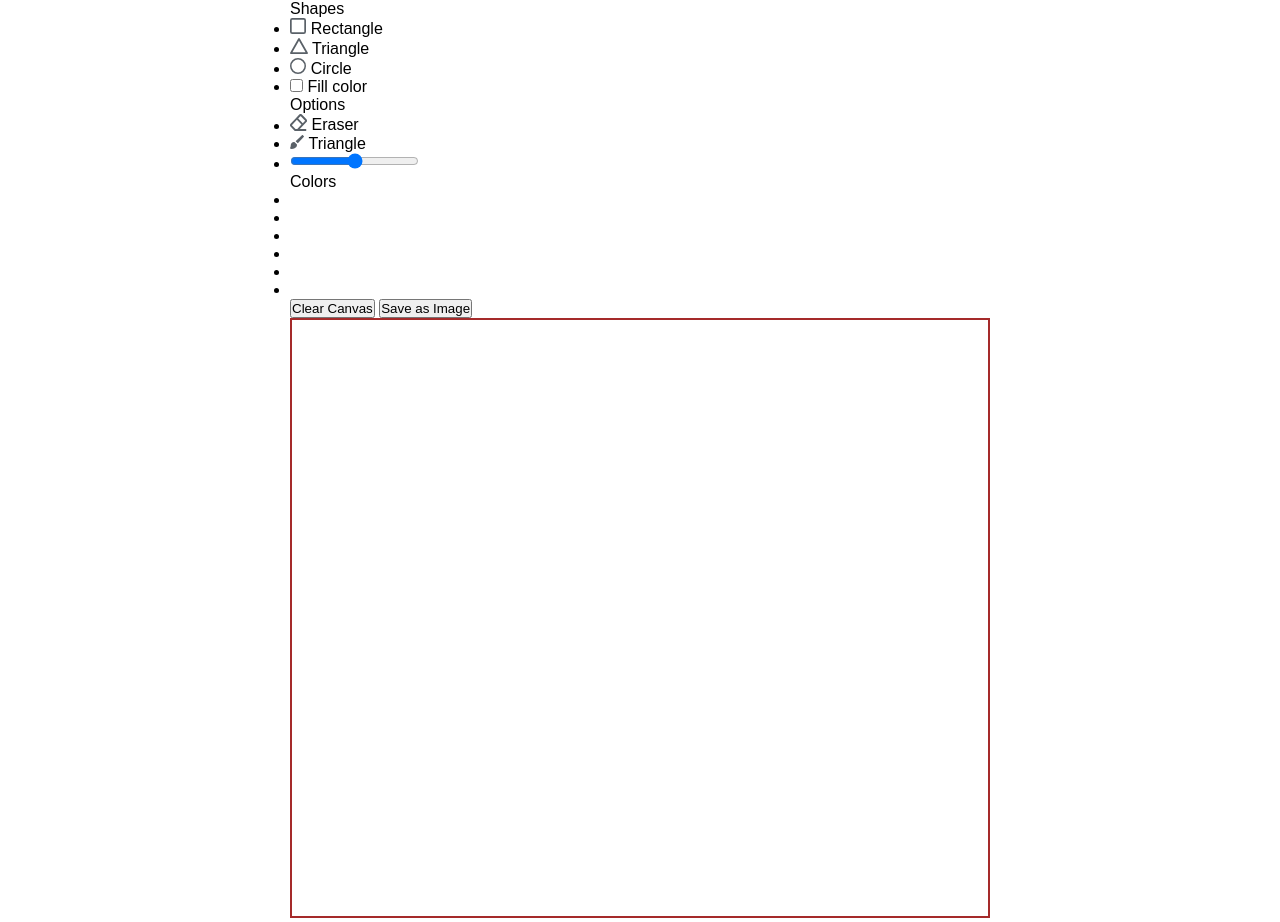
Repository: mdsajib50/Drawing-app
Page: index.html
The author's editor kept a copy of each file at every save. The page is drawn from the files as they stood at one save, then again after a run of saves.
The browser window is 1280 px wide. The pictures show the whole page.

Above is the page before, as saved 2025-02-17 21:30:20.

### index.html
<!DOCTYPE html>
<html lang="en">
<head>
    <meta charset="UTF-8">
    <meta name="viewport" content="width=device-width, initial-scale=1.0">
    <link rel="stylesheet" href="style.css">
    <title>Drawing App</title>
</head>
<body>
    <div class="container">
        <aside>
            <div class="row">
                <label for="" class="title">Shapes</label>
               <ul class="options">
                <li class="option">
                    <img src="icons/icons/rectangle.svg" alt="">
                    <span>Rectangle</span>
                </li>
                <li class="option">
                    <img src="icons/icons/triangle.svg" alt="">
                    <span>Triangle</span>
                </li>
                <li class="option">
                    <img src="icons/icons/circle.svg" alt="">
                    <span>Circle</span>
                </li>
                <li class="option">
                    <input type="checkbox" name="" id="">
                    <label for="">Fill color</label>
                </li>
               </ul>
            </div>
            <div class="row">
                <label for="" class="title">Options</label>
               <ul class="options">
                <li class="option">
                    <img src="icons/icons/eraser.svg" alt="">
                    <span>Eraser</span>
                </li>
                <li class="option">
                    <img src="icons/icons/brush.svg" alt="">
                    <span>Triangle</span>
                </li>
                <li class="option">
                    <input type="range" name="" id="size-slider">
                </li>
               </ul>
            </div>
            <div class="row">
                <label for="" class="title">Colors</label>
               <ul class="colors">
                <li class="option"></li>
                <li class="option"></li>
                <li class="option"></li>
                <li class="option"></li>
                <li class="option"></li>
                <li class="option"></li>
               </ul>
            </div>
            <div class="row">
               <button class="clear-canvas" type="button">Clear Canvas</button>
               <button class="save-image" type="button">Save as Image</button>
            </div>
        </aside>
        <div>
            <canvas id="mycanvas"></canvas>
        </div>
    </div>
    <script src="script.js"></script>
</body>
</html>

### style.css
*{
    margin: 0;
    padding: 0;
    box-sizing: border-box;
    font-family: 'Poppins', sans-serif;
}

body{
    display: flex;
    justify-content: center;
    align-items: center;
    min-height: 100vh;
    background-color: #;
}
canvas{
    width: 700px;
    height: 600px;
    border: 2px solid brown;
}

### script.js
const drawing = document.getElementById('myCanvas');

After the next 3 saves:
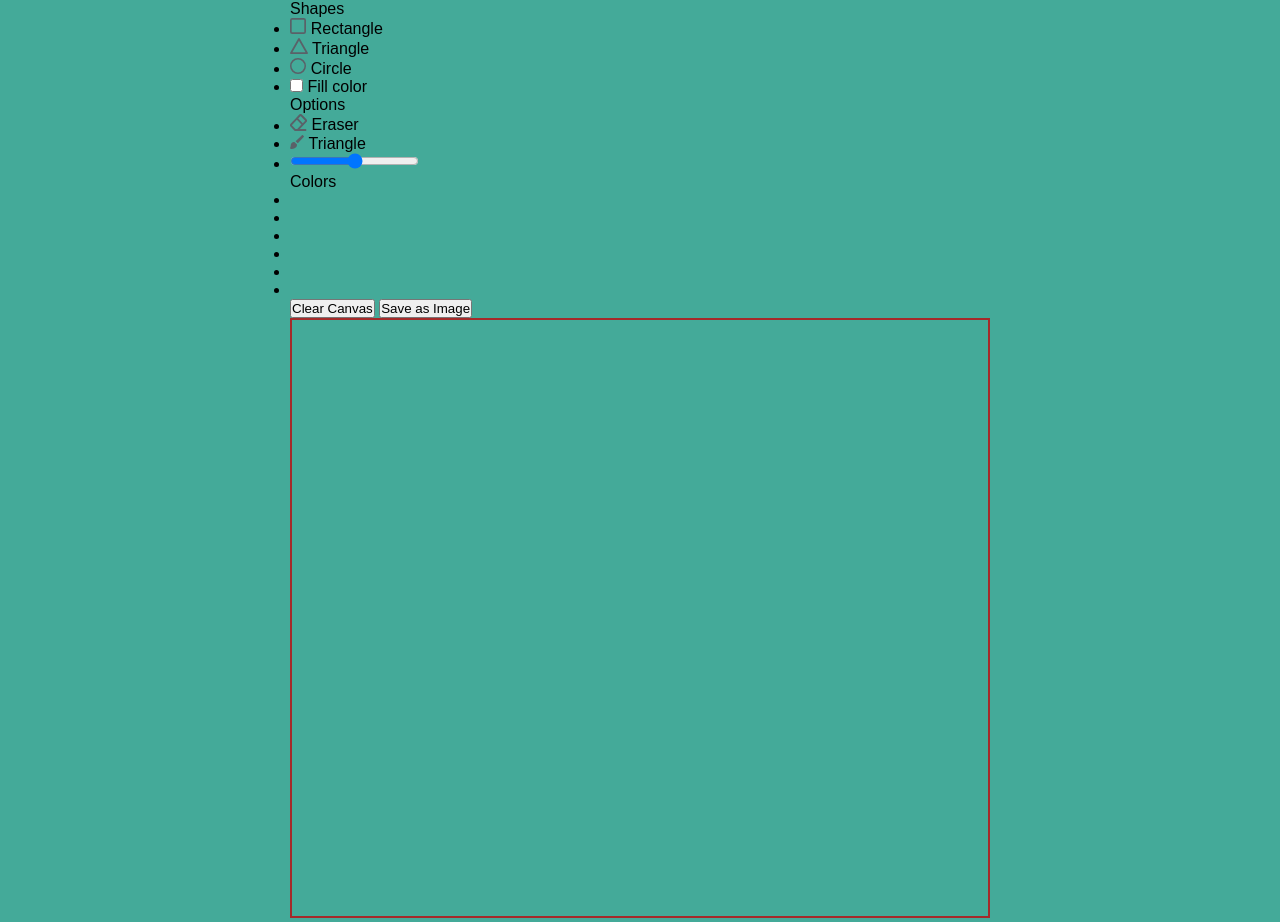
The 3 saves are shown as one change because they came seconds apart.
The last was saved 9 s later.
--- a/style.css
+++ b/style.css
@@ -10,7 +10,7 @@
     justify-content: center;
     align-items: center;
     min-height: 100vh;
-    background-color: #;
+    background-color: #4A9;
 }
 canvas{
     width: 700px;

After the 2 saves that followed:
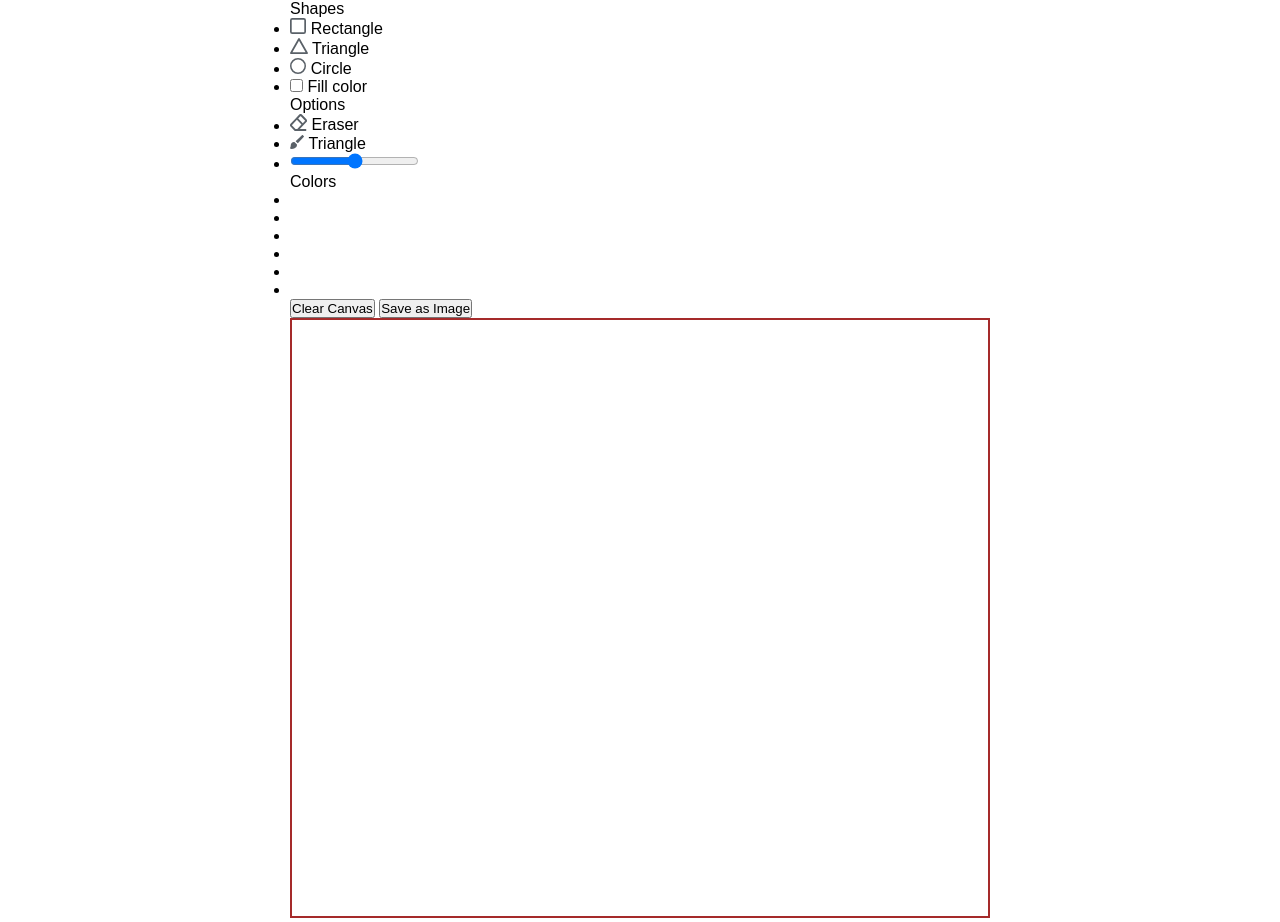
The 2 saves are shown as one change because they came seconds apart.
The last was saved 6 s later.
--- a/style.css
+++ b/style.css
@@ -10,7 +10,7 @@
     justify-content: center;
     align-items: center;
     min-height: 100vh;
-    background-color: #4A9;
+    background-color: #4A98F;
 }
 canvas{
     width: 700px;
